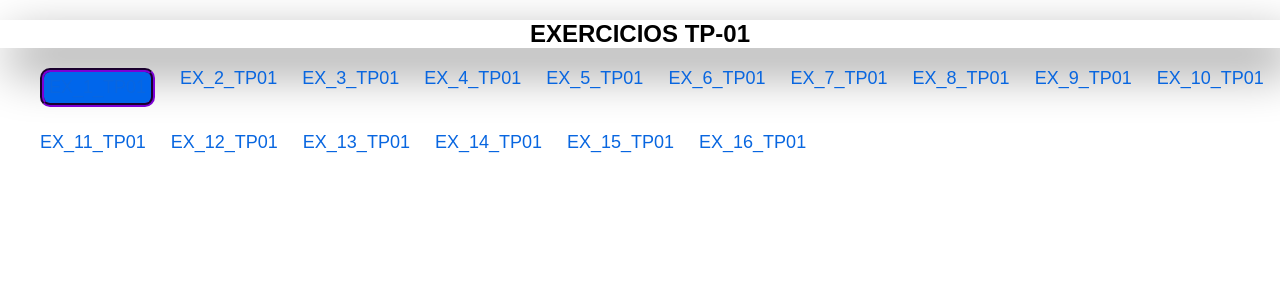
Repository: Elianmrey/TP1-Mobile-First
Page: index.html
An editor plug-in stored every save of this project. The page is shown before and after a run of saves, followed by the edit.
The browser window is 1280 px wide. The pictures show the whole page.
The pointer rests on the first visible `.element`.

Above is the page before, as saved 2024-08-05 00:13:07.

### index.html
<!DOCTYPE html>
<html lang="en">
<head>
  <link href="style.css" rel="stylesheet" type="text/css" />
  <meta charset="UTF-8">
  <meta name="viewport" content="width=device-width, initial-scale=1.0">
  <title>Document</title>
</head>
<body>
<div class="titulo">
  <h2 class="home-titulo">EXERCICIOS TP-01</h2>
</div>
  <div class="container">
<ul class="menu">
  <li class="element"><a href="EXERCISES/EX_1/index.html" class="home-link">EX_1_TP01</a></li>
  <li class="element"><a href="EXERCISES/EX_2/index.html" class="home-link">EX_2_TP01</a></li>
  <li class="element"><a href="EXERCISES/EX_3/index.html" class="home-link">EX_3_TP01</a></li>
  <li class="element"><a href="EXERCISES/EX_4/index.html" class="home-link">EX_4_TP01</a></li>
  <li class="element"><a href="EXERCISES/EX_5/index.html" class="home-link">EX_5_TP01</a></li>
  <li class="element"><a href="EXERCISES/EX_6/index.html" class="home-link">EX_6_TP01</a></li>
  <li class="element"><a href="EXERCISES/EX_7/index.html" class="home-link">EX_7_TP01</a></li>
  <li class="element"><a href="EXERCISES/EX_8/index.html" class="home-link">EX_8_TP01</a></li>
  <li class="element"><a href="EXERCISES/EX_9/index.html" class="home-link">EX_9_TP01</a></li>
  <li class="element"><a href="EXERCISES/EX_10/index.html" class="home-link">EX_10_TP01</a></li>
  <li class="element"><a href="EXERCISES/EX_11/index.html" class="home-link">EX_11_TP01</a></li>
  <li class="element"><a href="EXERCISES/EX_12/index.html" class="home-link">EX_12_TP01</a></li>
  <li class="element"><a href="EXERCISES/EX_13/index.html" class="home-link">EX_13_TP01</a></li>
  <li class="element"><a href="EXERCISES/EX_14/index.html" class="home-link">EX_14_TP01</a></li>
  <li class="element"><a href="EXERCISES/EX_15/index.html" class="home-link">EX_15_TP01</a></li>
  <li class="element"><a href="EXERCISES/EX_16/index.html" class="home-link">EX_16_TP01</a></li>

  </div>





</body>
</html>

### style.css
body
{
  margin: 0;
  padding: 0;
  font-family: sans-serif;
}

.titulo
{
  text-align: center;
 }
 .home-titulo{
  display: block;
  box-shadow:  10px 20px 50px  gray;
 }
.menu
{
  list-style: none;
  display: flex;
  flex-wrap: wrap;
  gap: 25px;
}
.element:hover
{
background-color: rgb(0, 102, 235);
border: groove 4px indigo;
padding: 5px;
border-radius: 10px;
transition: all 0.2s;
}

.home-link{
  color: rgb(8, 102, 224);
  text-decoration: none;
  font-size: large;

}

After the next 3 saves:
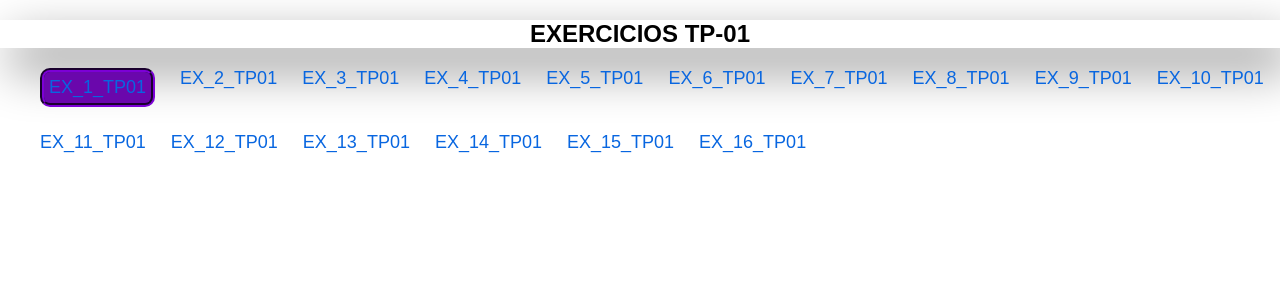
The 3 saves are shown as one change because they came seconds apart.
The last was saved 11 s later.
--- a/style.css
+++ b/style.css
@@ -22,7 +22,7 @@ body
 }
 .element:hover
 {
-background-color: rgb(0, 102, 235);
+background-color: rgb(106, 7, 172);
 border: groove 4px indigo;
 padding: 5px;
 border-radius: 10px;
